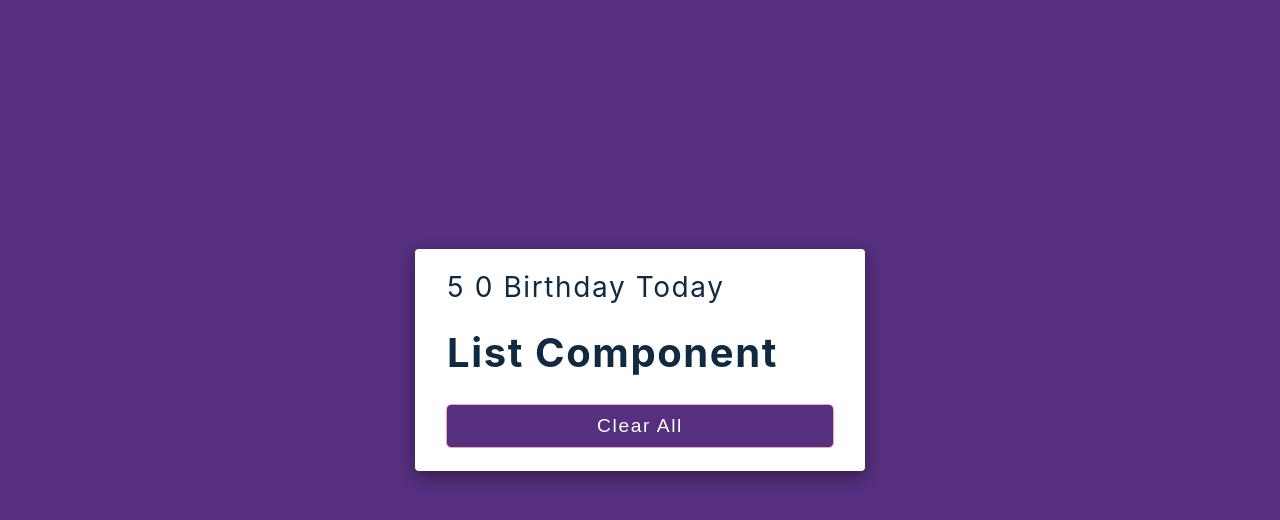
Repository: Chetandev16/Birthday-reminder
Page: /
These files come from the project's save history. The page is drawn as it stood at one moment and after the next save; the edit follows.
The browser window is 1280 px wide. The pictures show the whole page.
The project was rebuilt for these pictures with package versions that can differ from the ones it lists, and the page was loaded fresh each time.

Above is the page before, as saved 2022-01-23 17:54:27.

After the next save:
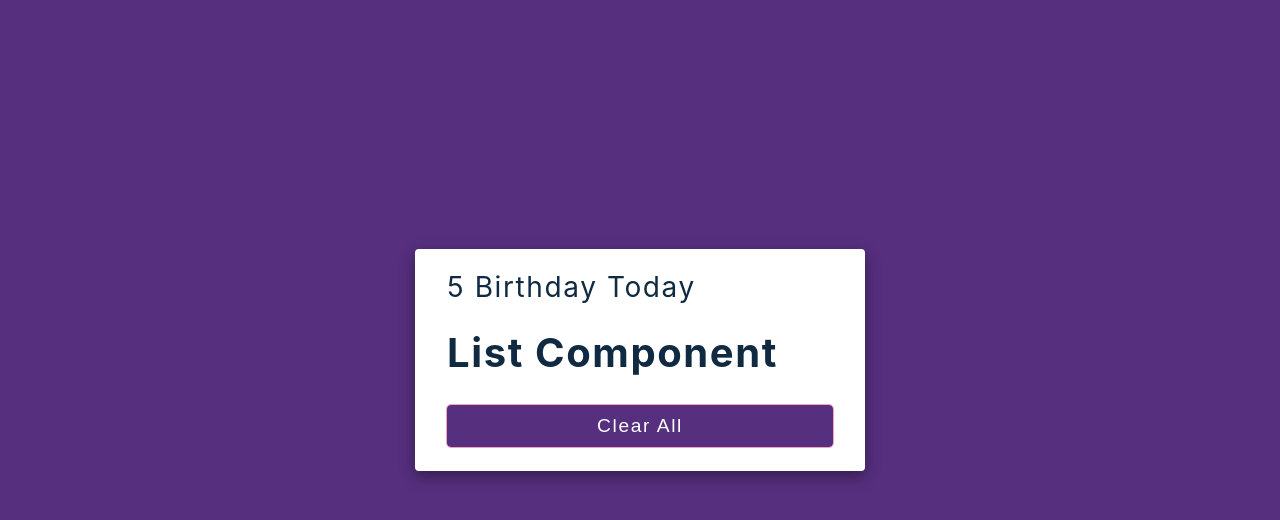
Saved 17 s later.
--- a/src/App.js
+++ b/src/App.js
@@ -15,7 +15,7 @@ function App() {
   return (
     <main>
       <section className="container">
-        <h3>{people.length} 0 Birthday Today</h3>
+        <h3>{people.length} Birthday Today</h3>
         <List people={people}/>
         <button
           onClick={() => {
